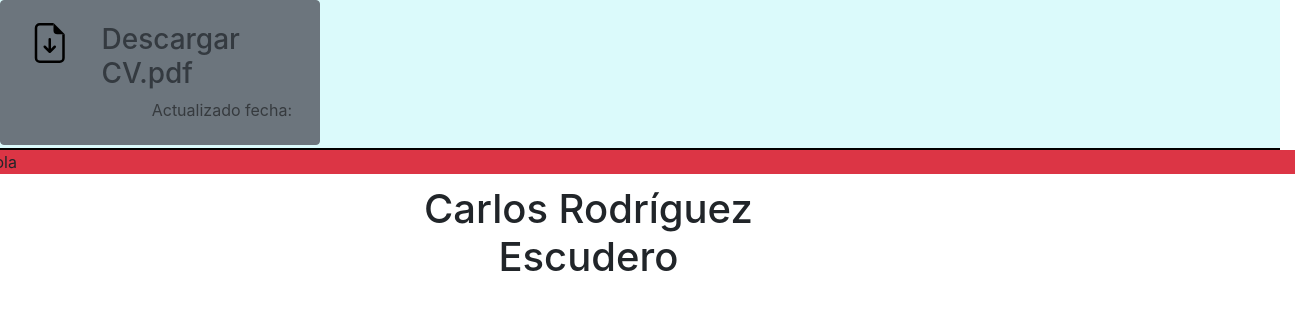
Repository: CarlosRoEs/CarlosWebCV
Page: index.html
The author's editor kept a copy of each file at every save. The page is drawn from the files as they stood at one save, then again after a run of saves.
The browser window is 1280 px wide. The page is 1295 px wide, so the pictures cover 1295 px, including what lies to the right of the window. The pictures show the whole page.
The style sheet was rebuilt from its Sass, Less or Tailwind sources for each picture, by a compiler version that may differ from the author's.

Above is the page before, as saved 2020-09-15 16:01:00.
Console error: ReferenceError: $ is not defined

After the next 5 saves:
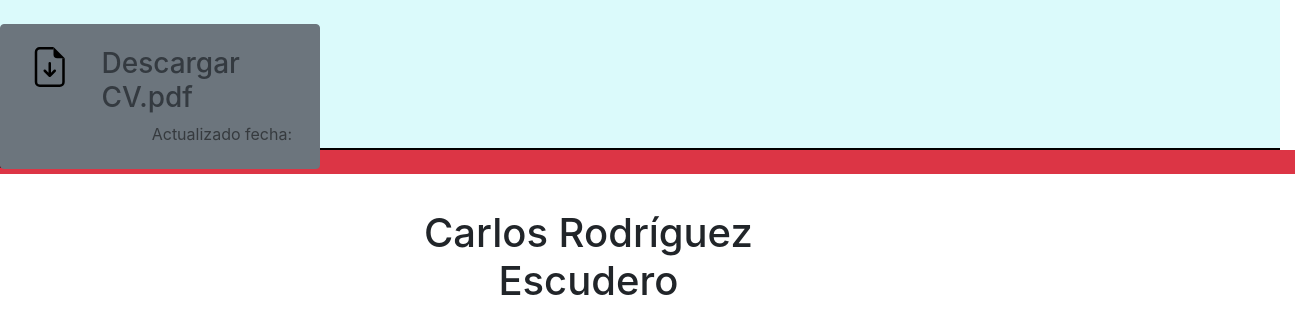
The 5 saves are shown as one change because they came seconds apart.
The last was saved 31 s later.
--- a/index.html
+++ b/index.html
@@ -17,7 +17,7 @@
                 <div id="row-a-header" class="row">
 
                             <!-- <a href="https://www.sport.es/es/" id="a-header" class="col-4 text-decoration-none d-flex flex-row flex-wrap mt-4 ml-5"> -->
-                                <button id="header-button" type="button" class="btn btn-secondary col-3 d-flex flex-row flex flex-wrap" data-toggle="tooltip" data-placement="top" title="Descargar PDF">
+                                <button id="header-button" type="button" class="btn btn-secondary col-3 d-flex flex-row flex flex-wrap mt-4" data-toggle="tooltip" data-placement="top" title="Descargar PDF">
                                     <svg width="40px" height="40px" viewBox="0 0 16 16" class="bi bi-file-earmark-arrow-down col-3 mt-3" fill="dark" xmlns="http://www.w3.org/2000/svg">
                                         <path d="M4 0h5.5v1H4a1 1 0 0 0-1 1v12a1 1 0 0 0 1 1h8a1 1 0 0 0 1-1V4.5h1V14a2 2 0 0 1-2 2H4a2 2 0 0 1-2-2V2a2 2 0 0 1 2-2z" />
                                         <path d="M9.5 3V0L14 4.5h-3A1.5 1.5 0 0 1 9.5 3z" />
